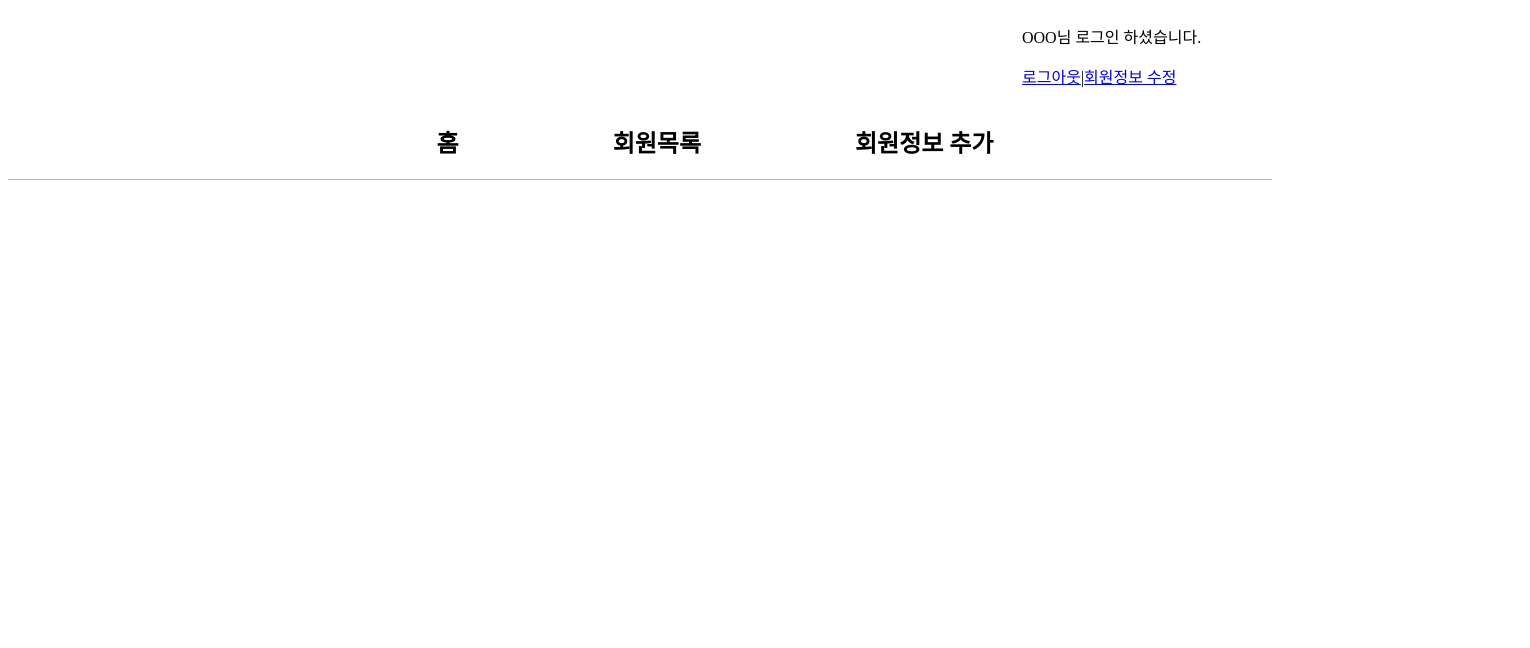
Repository: cdnwell/Jsp
Page: http://localhost/MemberProject/main.jsp
These files come from the project's save history. The page is drawn as it stood at one moment and after the next save; the edit follows.
The browser window is 1280 px wide. The page is 1280 px wide, then 1530 px, so the pictures cover 1530 px, including what lies to the right of the window. The pictures show the whole page.
The page is served by Tomcat 9.

Above is the page before, as saved 2022-07-05 06:46:49.

After the next save:
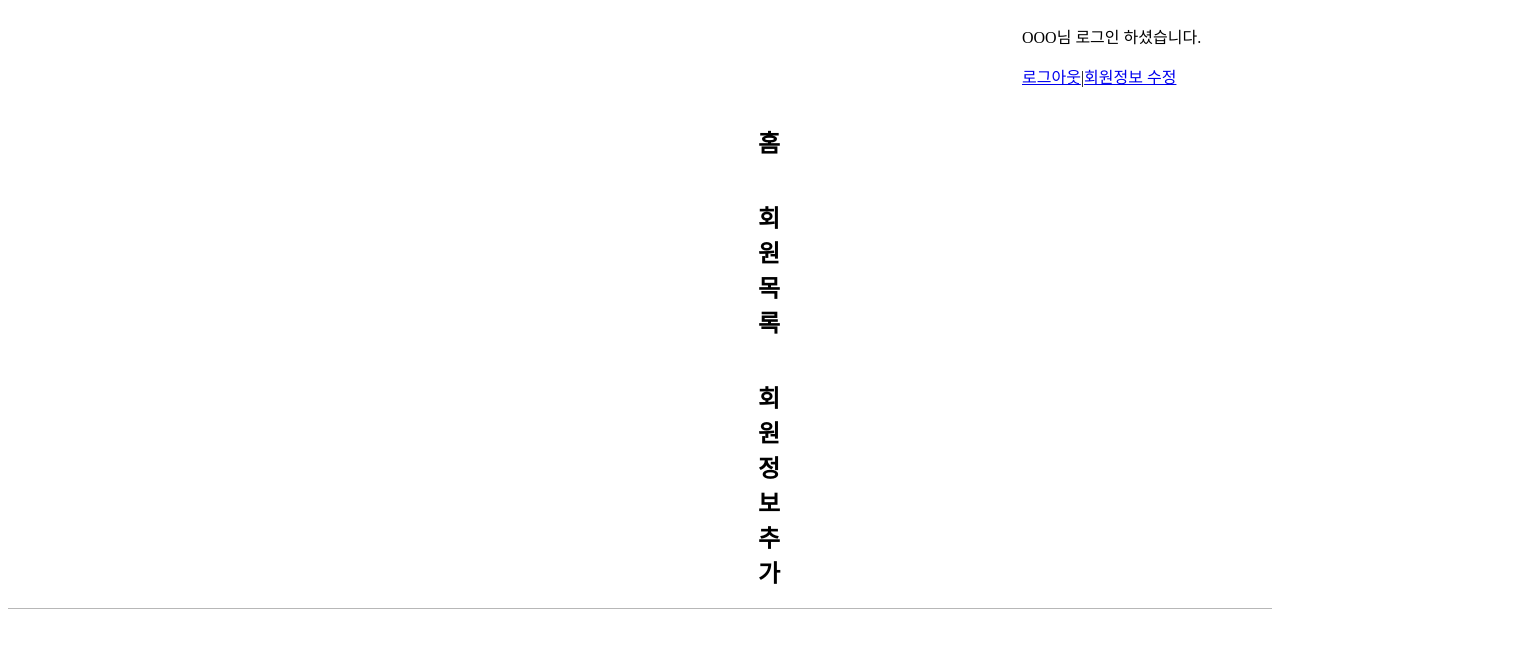
Saved 13 s later.
--- a/MemberProject/src/main/webapp/main.jsp
+++ b/MemberProject/src/main/webapp/main.jsp
@@ -22,7 +22,7 @@
 	}
 	h2{
 		display : inline-block;
-		padding-left : 150px;
+		padding : 0 750px;
 	}
 </style>
 </head>
